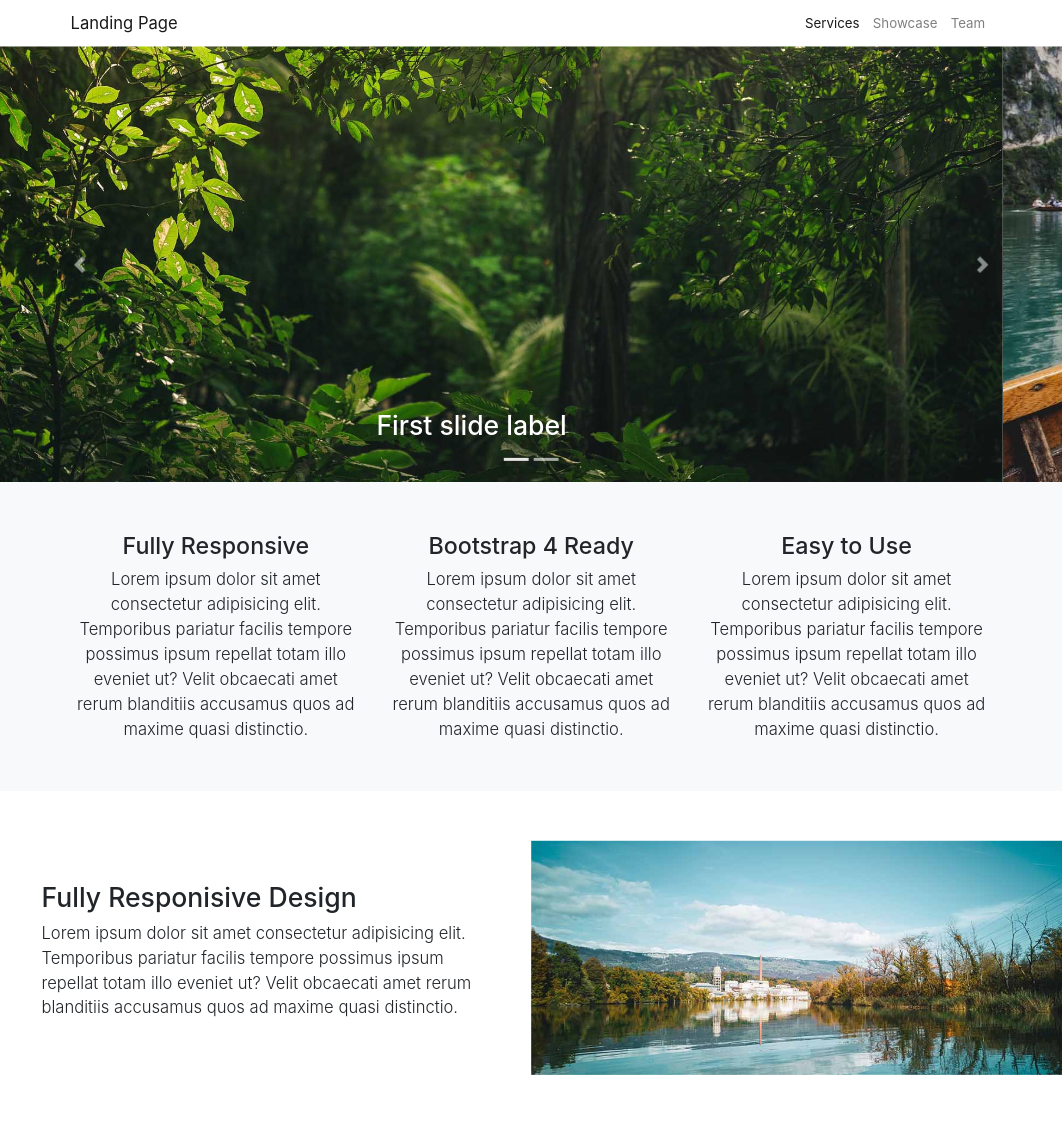
Repository: magdaf41/Bootstrap
Page: zadanie 3/index.html
An editor plug-in stored every save of this project. The page is shown before and after the next save, followed by the edit.
The browser window is 1280 px wide. The pictures show the whole page, at 83% of full size.

Above is the page before, as saved 2020-09-18 08:55:43.

After the next save:
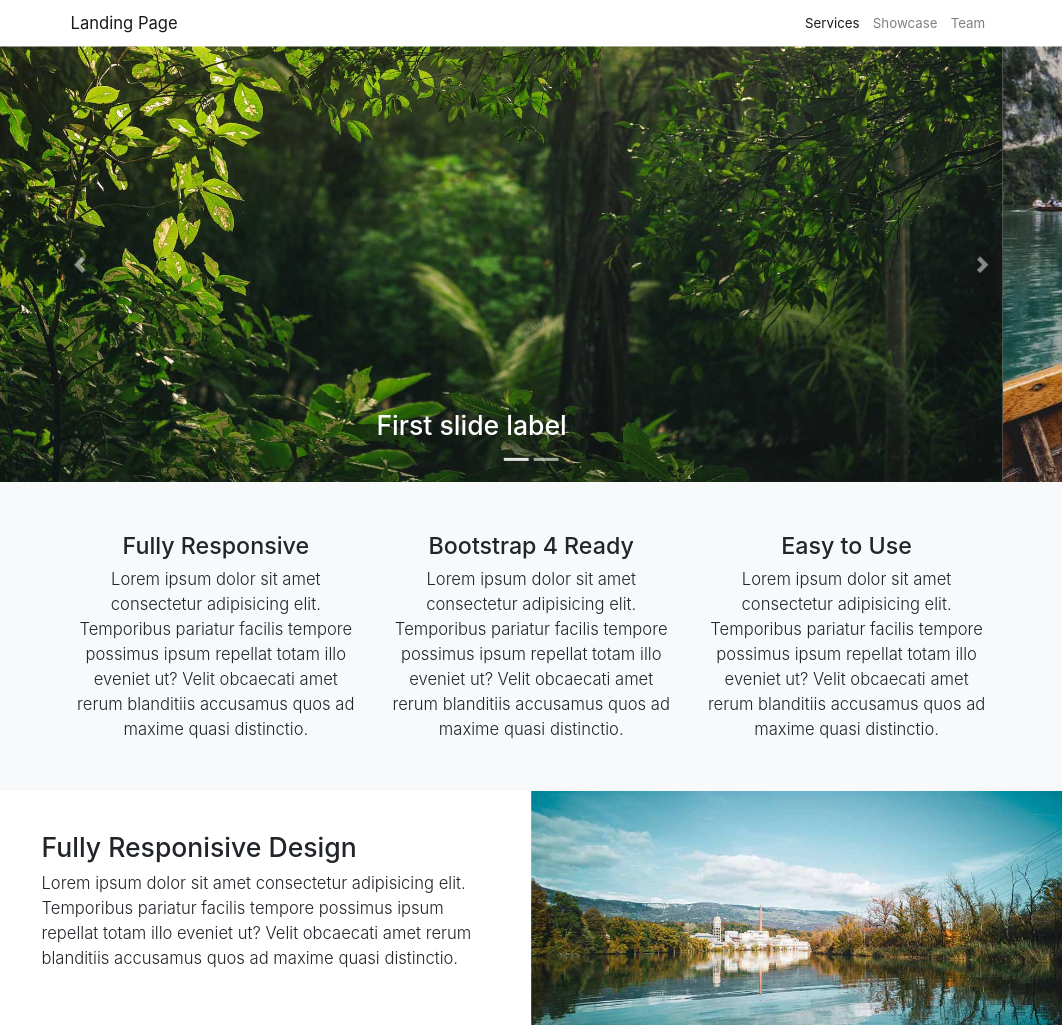
Saved 72 s later.
--- a/zadanie 3/css/style.css
+++ b/zadanie 3/css/style.css
@@ -11,6 +11,10 @@
     padding: 50px;
 }
 
+.showcase {
+    padding: 0;
+}
+
 @media(max-width: 768px) {
     .service-item {
         margin-bottom: 50px;
